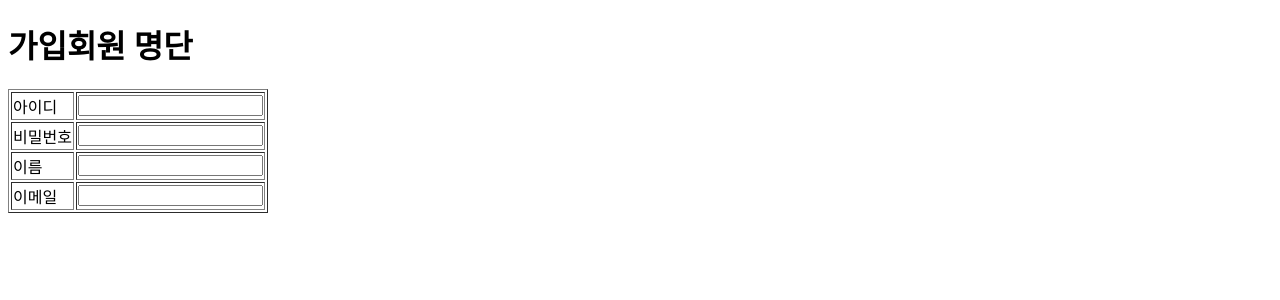
Repository: captainwk/webstudy
Page: http://localhost/a20_8_20/updateForm.jsp
The author's editor kept a copy of each file at every save. The page is drawn from the files as they stood at one save, then again after the next save.
The browser window is 1280 px wide. The pictures show the whole page.
The page is served by Tomcat 9.

Above is the page before, as saved 2020-08-20 03:31:25.

After the next save:
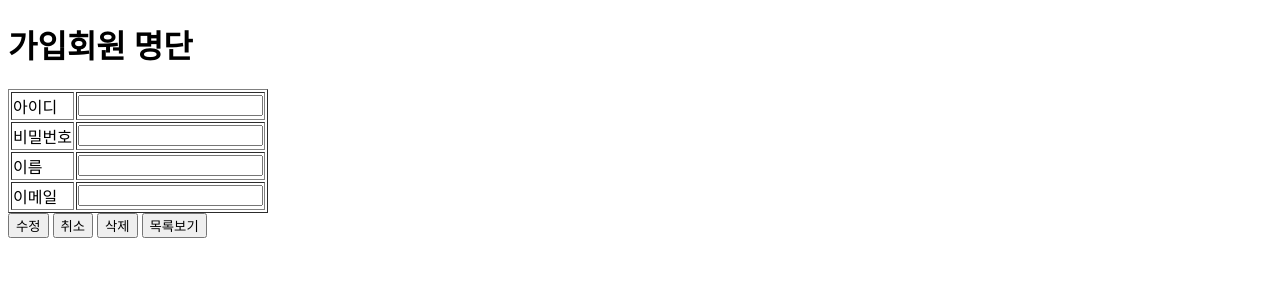
Saved 4 min 28 s later.
--- a/a20_8_20/WebContent/updateForm.jsp
+++ b/a20_8_20/WebContent/updateForm.jsp
@@ -8,12 +8,17 @@
 </head>
 <body>
 <h1>가입회원 명단</h1>
+<form action="" method="get"></form>
 <table border="1">
 	<tr><td>아이디</td><td><input type="text" name="memberid"></td></tr>
-	<tr><td>비밀번호</td><td><input type="text" name="password"></td></tr>
+	<tr><td>비밀번호</td><td><input type="password" name="password"></td></tr>
 	<tr><td>이름</td><td><input type="text" name="name"></td></tr>
 	<tr><td>이메일</td><td><input type="text" name="email"></td></tr>
 </table>
+<input type="submit" value="수정"/>
+<input type="reset" value="취소"/>
+<input type="button" value="삭제" onclick="location.href='delete.jsp'"/>
+<input type="button" value="목록보기" onclick="location.href='jdbc_select.jsp'"/>
 
 </body>
 </html>
